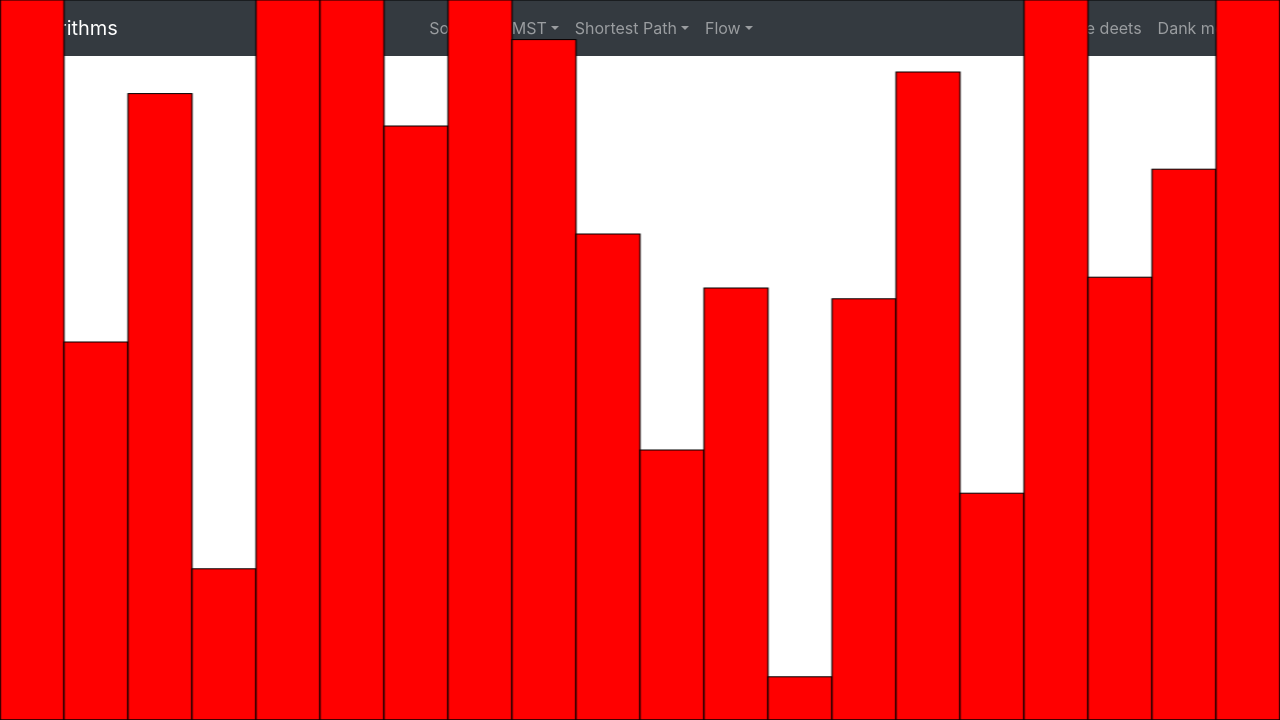
Repository: dkasima1/Algorithm-Visualizations
Page: /
These files come from the project's save history. The page is drawn as it stood at one moment and after the next save; the edit follows.
The browser window is 1280 px wide. The pictures show the whole page.
The project was rebuilt for these pictures with package versions that can differ from the ones it lists, and the page was loaded fresh each time. Also part of the build but not shown: src/components/Sorting/Bubble_Sort.js.

Above is the page before, as saved 2020-06-29 23:40:55.

### src/App.js
import React from 'react';
import { BrowserRouter as Router, Route, Switch } from 'react-router-dom';
import NavigationBar from './components/NavigationBar'
import 'bootstrap/dist/css/bootstrap.min.css';
import Bubble_Sort from "./components/Sorting/Bubble_Sort"
import BarGraph from "./components/Graph/BarGraph"

function App() {
  return (
    <React.Fragment>
      <Router>
        <NavigationBar />
        <BarGraph />
        <Switch>
          <Route path="/Sorting/Bubble_Sort" component={ Bubble_Sort } />
        </Switch>
      </Router>
    </React.Fragment>
  );
}

export default App;

### src/components/NavigationBar.js
import React from 'react';
import { Navbar, Nav, NavDropdown} from 'react-bootstrap';
import { Link } from 'react-router-dom'

function NavigationBar() {
    return (
        <div>
            <Navbar collapseOnSelect expand="lg" bg="dark" variant="dark">
                <Navbar.Brand href="#home">Algorithms</Navbar.Brand>
                <Navbar.Toggle aria-controls="responsive-navbar-nav" />
                <Navbar.Collapse id="responsive-navbar-nav">
                    <Nav className="m-auto">
                    <NavDropdown title="Sorting" id="collasible-nav-dropdown">
                        <NavDropdown.Item as={Link} to="/Sorting/Bubble_Sort">Bubble Sort</NavDropdown.Item>
                        <NavDropdown.Item  as={Link} to="/Sorting/Selection_Sort">Selection Sort</NavDropdown.Item>
                        <NavDropdown.Item  as={Link} to="/Sorting/Insertion_Sort">Insertion Sort</NavDropdown.Item>
                        <NavDropdown.Divider />
                        <NavDropdown.Item  as={Link} to="/Sorting/Merge_Sort">Merge Sort</NavDropdown.Item>
                        <NavDropdown.Item  as={Link} to="/Quick_Sort">Quick Sort</NavDropdown.Item>
                    </NavDropdown>
                    <NavDropdown title="MST" id="collasible-nav-dropdown">
                        <NavDropdown.Item  as={Link} to="/MST/Prims">Prim's Algorithm</NavDropdown.Item>
                        <NavDropdown.Item  as={Link} to="/MST/Kruskals">Kruskal's Algorithm</NavDropdown.Item>
                    </NavDropdown>
                    <NavDropdown title="Shortest Path" id="collasible-nav-dropdown">
                        <NavDropdown.Item  as={Link} to="/Shortest_Path/Dijkstra's">Dijkstra's</NavDropdown.Item>
                    </NavDropdown>
                    <NavDropdown title="Flow" id="collasible-nav-dropdown">
                        <NavDropdown.Item  as={Link} to="/Flow/Ford_Fulkurson">Ford Fulkurson</NavDropdown.Item>
                    </NavDropdown>
                    </Nav>
                    <Nav>
                    <Nav.Link href="#deets">More deets</Nav.Link>
                    <Nav.Link eventKey={2} href="#memes">
                        Dank memes
                    </Nav.Link>
                    </Nav>
                </Navbar.Collapse>
            </Navbar>
        </div>
    )
}

export default NavigationBar;

### src/components/Graph/BarGraph.js
import React from "react";
import './BarGraph.css';

// https://philna.sh/blog/2018/09/27/techniques-for-animating-on-the-canvas-in-react/#:~:text=To%20get%20a%20ref%20to,to%20the%20ref%20you%20created.&text=Now%20you%20have%20the%20context,and%20animate%20all%20you%20like.

class Canvas extends React.Component {

    constructor(props) {
        super(props);
        this.canvasRef = React.createRef();
    }

    componentDidMount() {

        // Generate an array of random numbers.
        let arr = []
        while (arr.length < 20) {
            var num = Math.floor(Math.random() * 100 + 1);
            if (arr.indexOf(num) === -1) {
                arr.push(num)
            }
        }

        // Generate bars of bargraph
        const canvas = this.canvasRef.current;
        let ctx = canvas.getContext("2d");

        let width = 54;
        let posX = 0;

        ctx.fillStyle = "red";
        ctx.strokeStyle ="black"

        for (let i = 0; i < arr.length; i++) {
            let height = arr[i] * (canvas.width/100);
            ctx.fillRect(posX, canvas.height - height, width, height);
            ctx.strokeRect(posX, canvas.height - height, width, height);
            posX += 54;
        }

        // Outline Canvas
        ctx.beginPath();
        ctx.rect(0, 0, canvas.width, canvas.height);
        ctx.stroke();
    }
    render() {
        return (
            <div>
                <canvas ref={this.canvasRef} height="720" width="1080" />
            </div>
        )
    }

    // draw() {

    // }
}

export default Canvas;

### src/components/Graph/BarGraph.css
canvas {
    padding: 0;
    margin: auto;
    display: block;
    width: 1280px;
    height: 720px;
    position: absolute;
    top: 0;
    bottom: 0;
    left: 0;
    right: 0;
}

Loaded but not shown: public/index.html (common file); src/index.js (common file); src/index.css (common file); src/serviceWorker.js (common file)

After the next save:
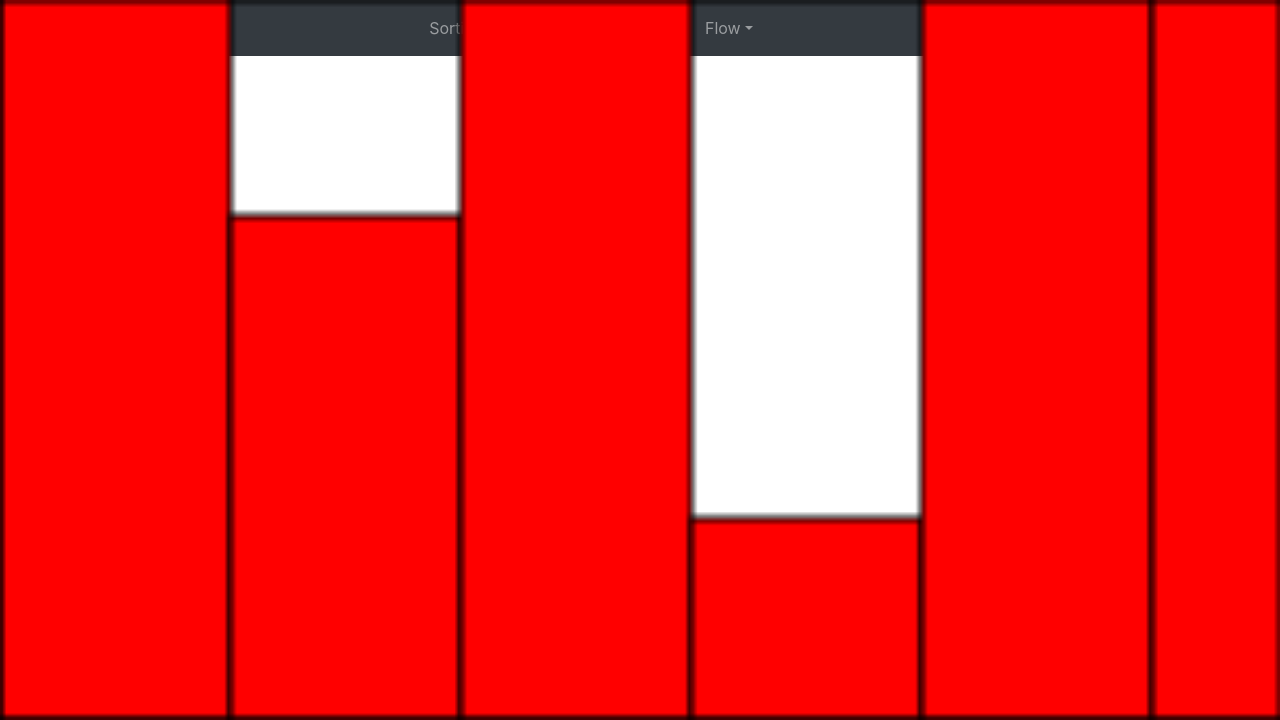
Saved 9 s later.
--- a/src/components/Graph/BarGraph.js
+++ b/src/components/Graph/BarGraph.js
@@ -46,7 +46,7 @@ class Canvas extends React.Component {
     render() {
         return (
             <div>
-                <canvas ref={this.canvasRef} height="720" width="1080" />
+                <canvas ref={this.canvasRef}/>
             </div>
         )
     }
